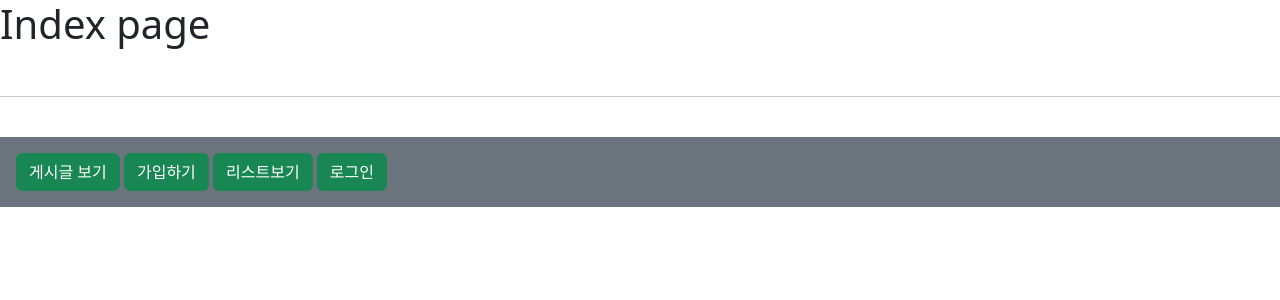
Repository: doridori890130/JSP
Page: http://localhost/jsp_project/mem/login_auth
The author's editor kept a copy of each file at every save. The page is drawn from the files as they stood at one save, then again after the next save.
The browser window is 1280 px wide. The pictures show the whole page.
The page is served by Tomcat 9. Queries for data that is not in the repository find no rows.

Above is the page before, as saved 2023-05-31 07:18:26.

After the next save:
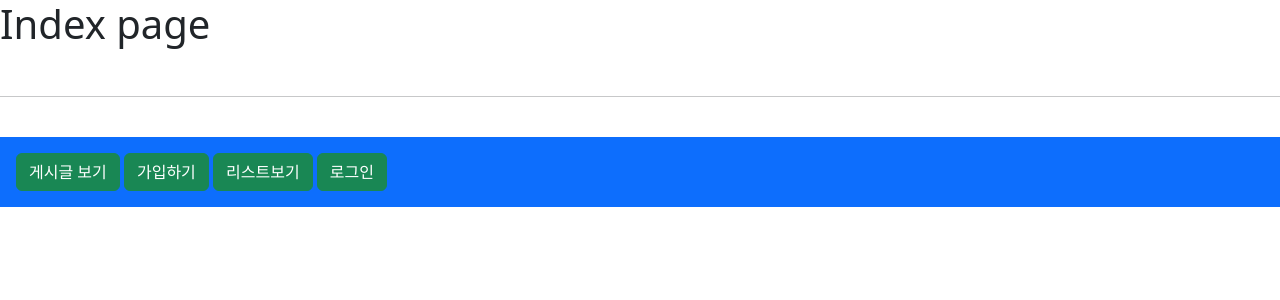
Saved 31 s later.
--- a/jsp_project4/jsp_project/src/main/webapp/index.jsp
+++ b/jsp_project4/jsp_project/src/main/webapp/index.jsp
@@ -18,7 +18,7 @@
 	<br>
 	<hr>
 	<br>
-	<div class="p-3 mb-2 bg-secondary text-white .bg-gradient ">
+	<div class="p-3 mb-2 bg-primary text-white .bg-gradient ">
 	<c:if test="${ses.id ne null }">
 	${ses.id }님이 login 하였습니다. <br>
 	${ses.id }님은 ${ses.age}세입니다. <br>
